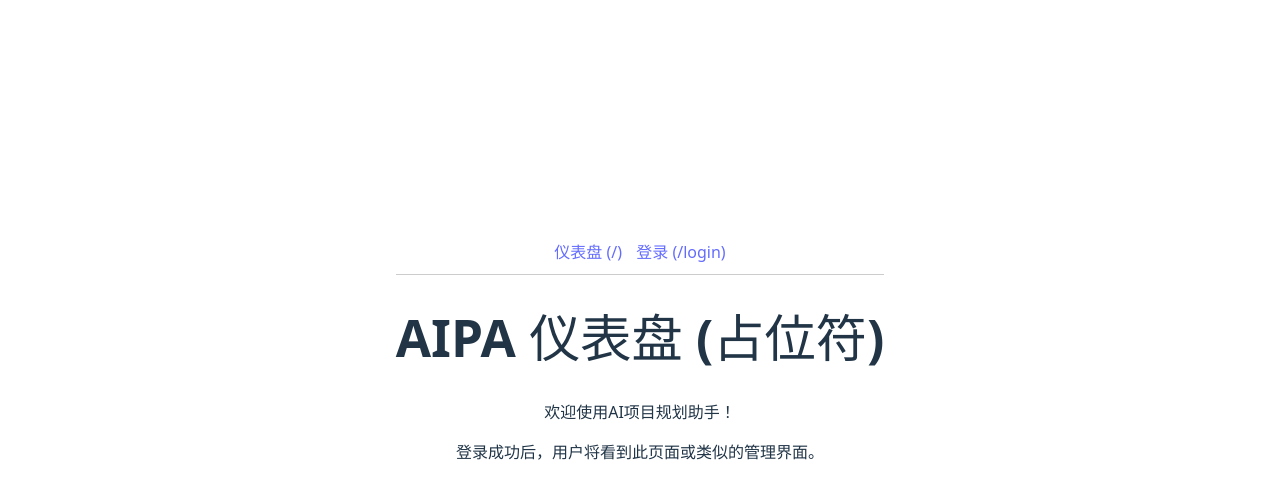
Repository: deloog/aipa
Page: /
An editor plug-in stored every save of this project. The page is shown before and after the next save, followed by the edit.
The browser window is 1280 px wide. The pictures show the whole page.
The project was rebuilt for these pictures with package versions that can differ from the ones it lists, and the page was loaded fresh each time. Also part of the build but not shown: vite.config.ts.

Above is the page before, as saved 2025-05-26 14:13:35.

After the next save:
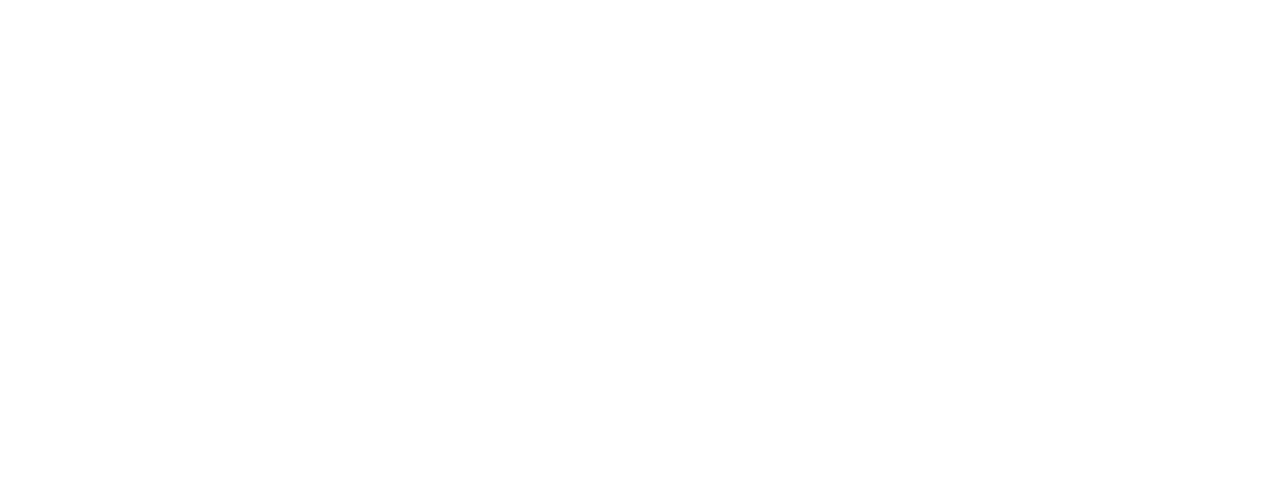
Console error: ReferenceError: LoginPagePlaceholder is not defined
Saved 109 s later.
--- a/src/App.tsx
+++ b/src/App.tsx
@@ -3,14 +3,6 @@
 import LoginPage from './pages/LoginPage';
 
 // 1. 创建临时的占位符组件 (我们后续会用真实的页面组件替换它们)
-function LoginPagePlaceholder() {
-  return (
-    <div>
-      <h1>登录页面 (占位符)</h1>
-      <p>这里将来是AIPA的登录表单。</p>
-    </div>
-  );
-}
 
 function DashboardPagePlaceholder() {
   return (

After the save that followed:
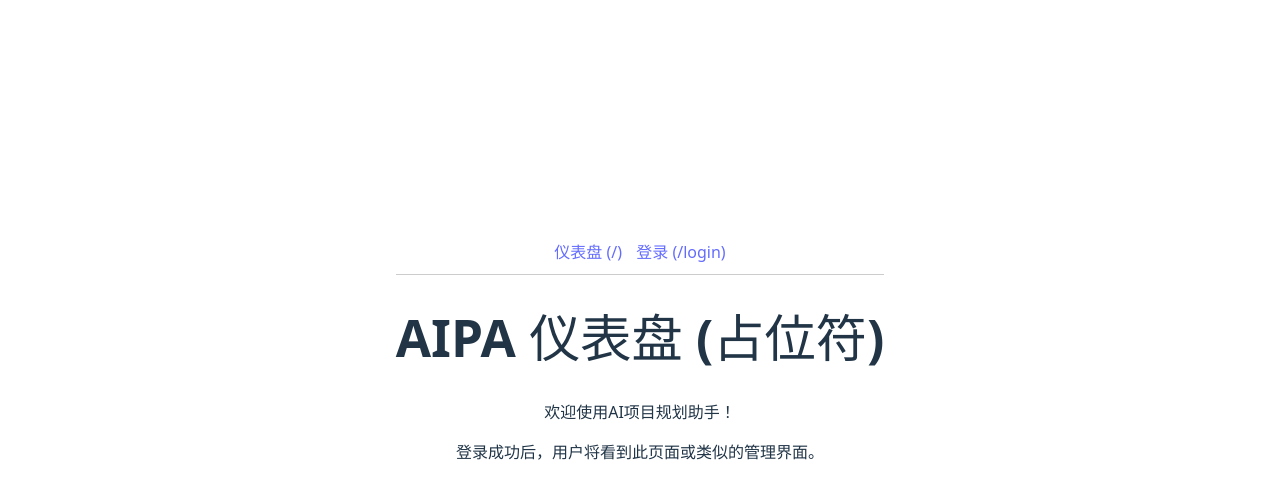
The error is gone.
Saved 27 s later.
--- a/src/App.tsx
+++ b/src/App.tsx
@@ -27,7 +27,7 @@
 
         {/* 路由定义区域 */}
         <Routes>
-          <Route path="/login" element={<LoginPagePlaceholder />} />
+          <Route path="/login" element={<DashboardPagePlaceholder />} />
           <Route path="/" element={<DashboardPagePlaceholder />} />
           {/* 未来可以在这里添加更多的应用内路由 */}
         </Routes>
